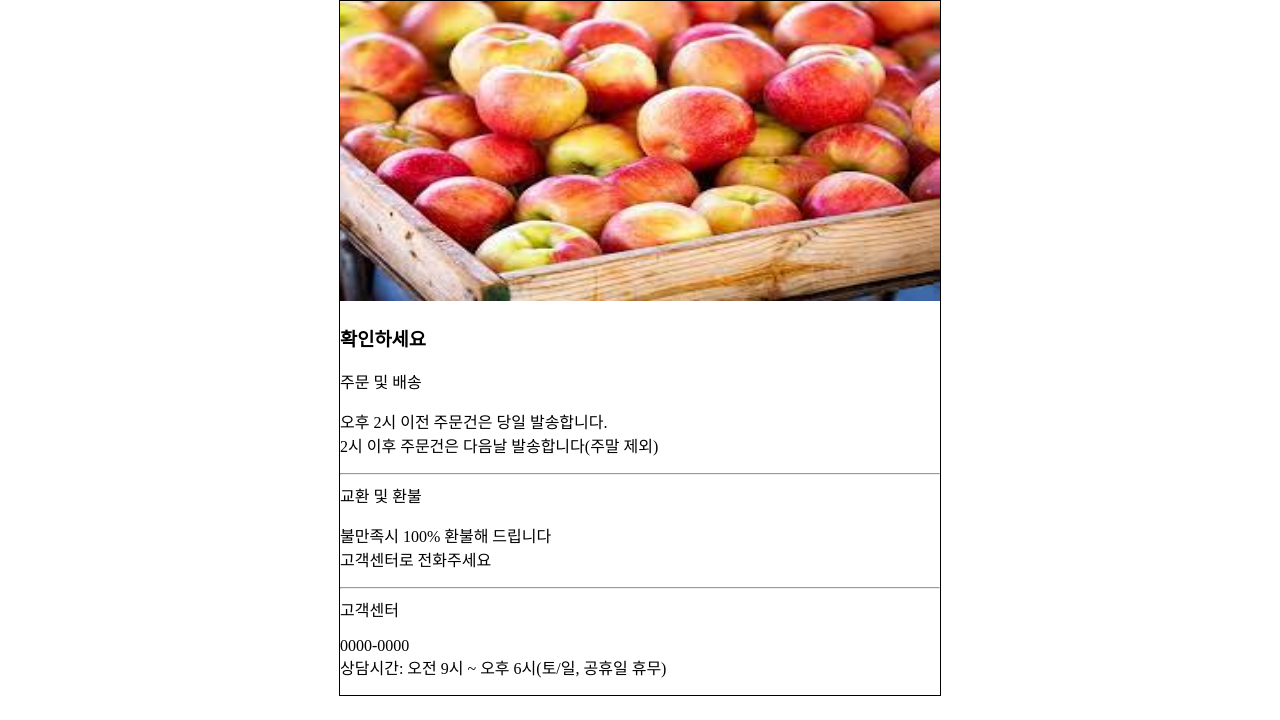
Repository: b1996om/HTML-CSS_study
Page: Practice/public/prac_05.html
An editor plug-in stored every save of this project. The page is shown before and after the next save, followed by the edit.
The browser window is 1280 px wide. The pictures show the whole page.

Above is the page before, as saved 2022-12-12 07:17:07.

### Practice/public/prac_05.html
<!DOCTYPE html>
<html lang="ko">
<head>
	<meta charset="utf-8">
	<title>회원가입 폼 태그</title>
	<style>
		body {
			margin:0;
			padding:0;
			box-sizing:border-box;
		}
		.con {
			border:1px solid black;
			width:600px;
			margin:0 auto;
		}
	</style>
</head>
<body>
	<div class="con">
		<section class="banner">
			<img src="images/banner.jpg" width="100%" height="300" alt="사과">
		</section>
		<h3>확인하세요</h3>
		<section>
			<div class="mini">주문 및 배송</div>
			<p>오후 2시 이전 주문건은 당일 발송합니다.<br>
			2시 이후 주문건은 다음날 발송합니다(주말 제외)</p>
		</section>
		<hr>
		<section>
			<div class="mini">교환 및 환불</div>
			<p>불만족시 100% 환불해 드립니다<br>
			고객센터로 전화주세요</p>
		</section>
		<hr>
		<section>
			<div class="mini">고객센터</div>
			<p>0000-0000<br>
			상담시간: 오전 9시 ~ 오후 6시(토/일, 공휴일 휴무)</p>
		</section>
	</div>
</body>
</html>

After the next save:
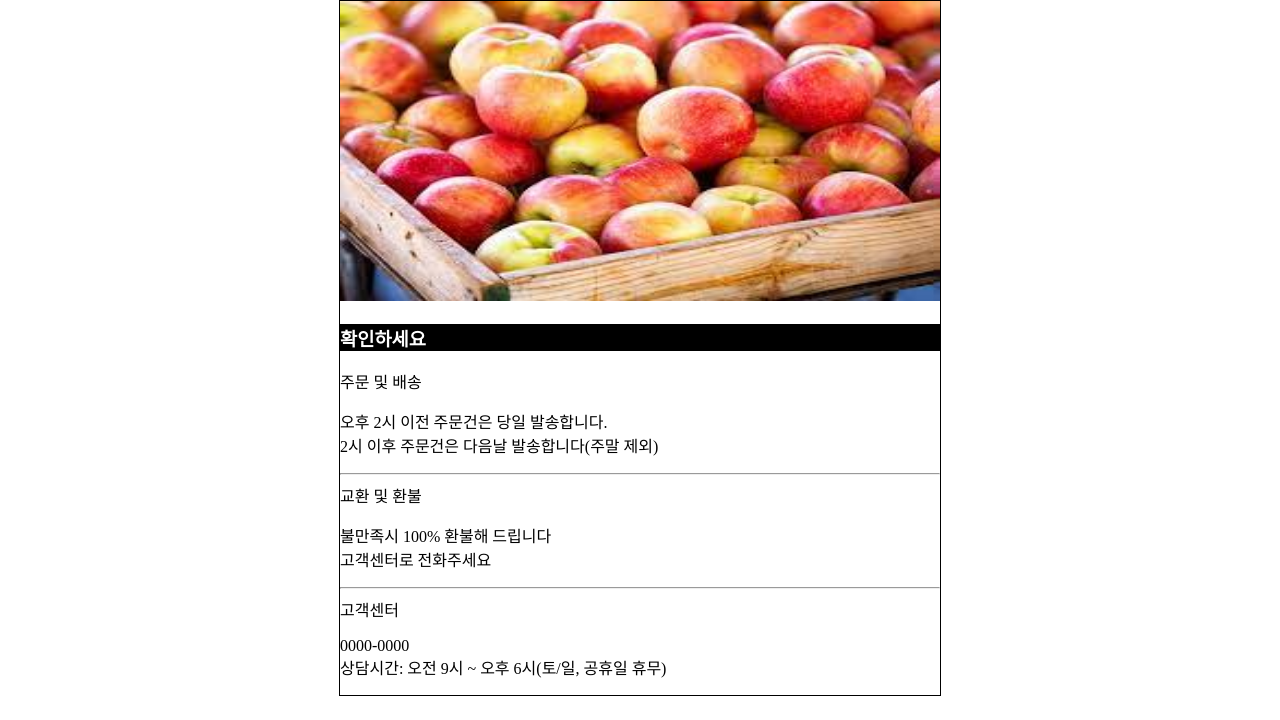
Saved 2 min 1 s later.
--- a/Practice/public/prac_05.html
+++ b/Practice/public/prac_05.html
@@ -13,6 +13,10 @@
 			border:1px solid black;
 			width:600px;
 			margin:0 auto;
+		}
+		h3 {
+			background-color:black;
+			color:white;
 		}
 	</style>
 </head>
